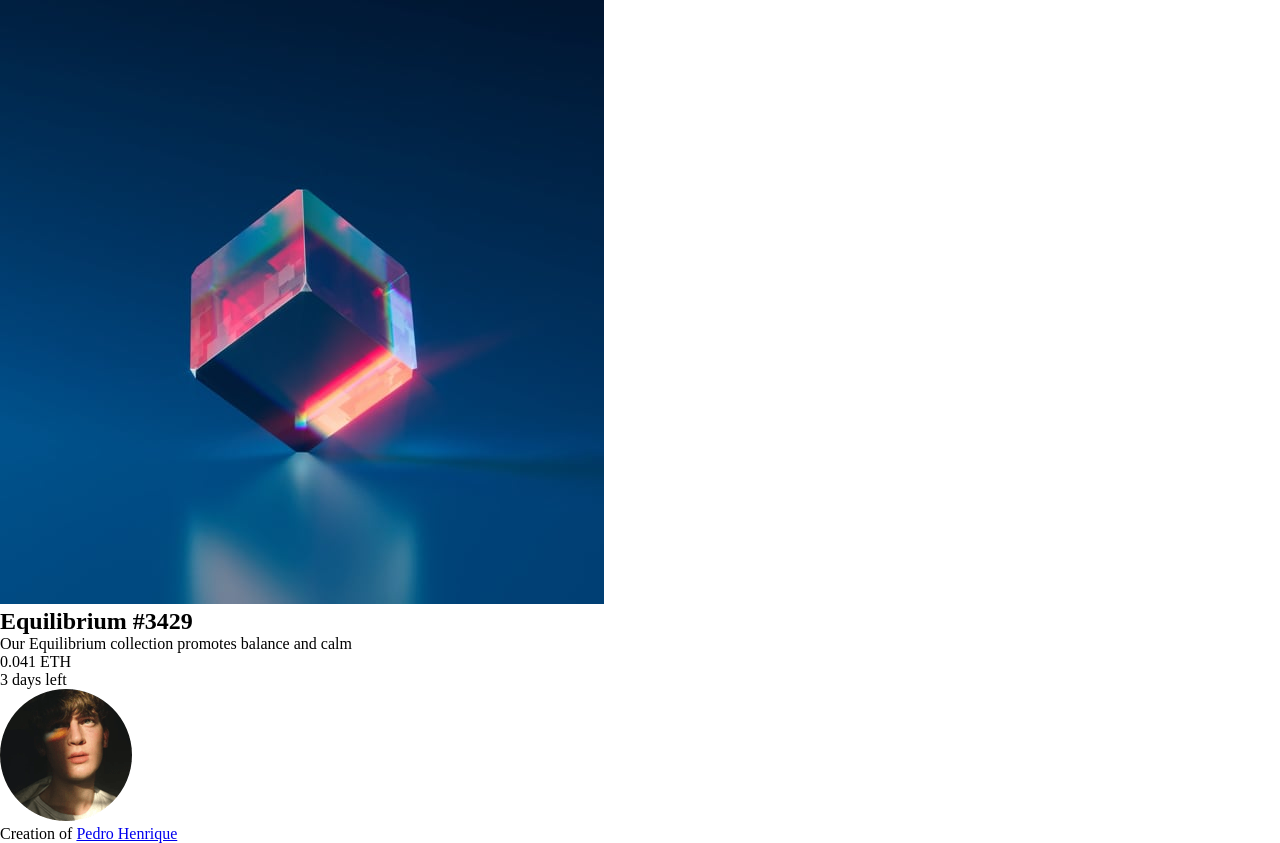
Repository: PedroHEAA/nft
Page: index.html
These files come from the project's save history. The page is drawn as it stood at one moment and after a run of saves; the edit follows.
The browser window is 1280 px wide. The pictures show the whole page.

Above is the page before, as saved 2022-11-03 19:27:52.

After the next 7 saves:
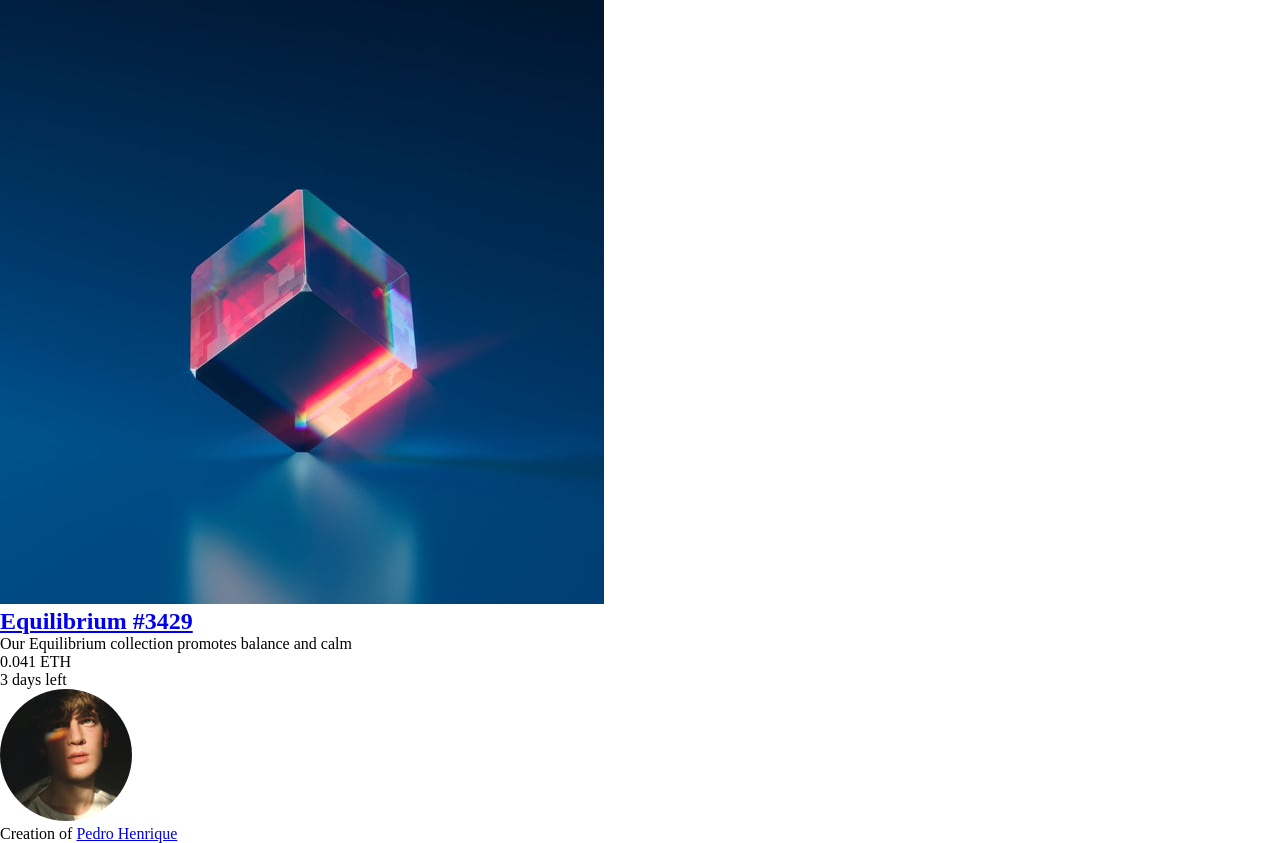
The 7 saves are shown as one change because they came seconds apart.
The last was saved 16 s later.
--- a/index.html
+++ b/index.html
@@ -14,8 +14,9 @@
     <main class="container">
         <div class="card">
                 <img src="src/images/image-equilibrium.jpg" alt="Equilibrium NFT image">
-                <a href=""></a>
-                <h2 class="title">Equilibrium #3429</h2>
+                <a href="#">
+                    <h2 class="title">Equilibrium #3429</h2>
+                </a>
                 <p>Our Equilibrium collection promotes balance and calm</p>
 
                 <div class="info-element">
